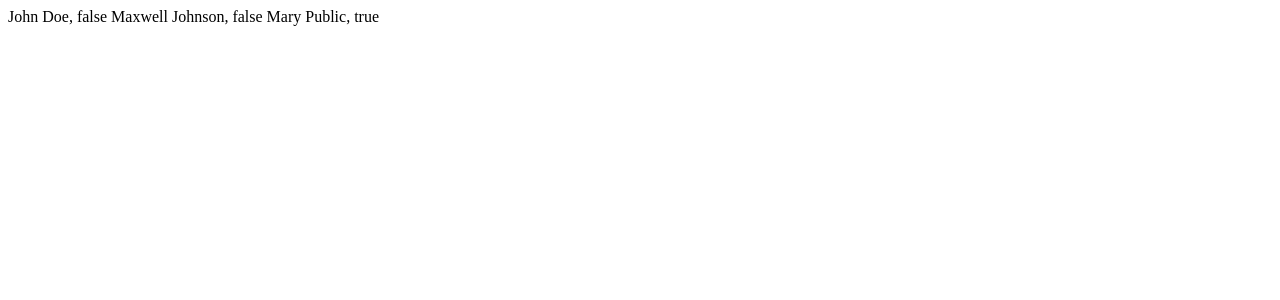
Repository: romuloabbiati/jsp-for-beginners
Page: http://localhost/tagdemo/foreach-student-test.jsp
The author's editor kept a copy of each file at every save. The page is drawn from the files as they stood at one save, then again after the next save.
The browser window is 1280 px wide. The pictures show the whole page.
The page is served by Tomcat 9.

Above is the page before, as saved 2023-02-21 08:25:58.

After the next save:
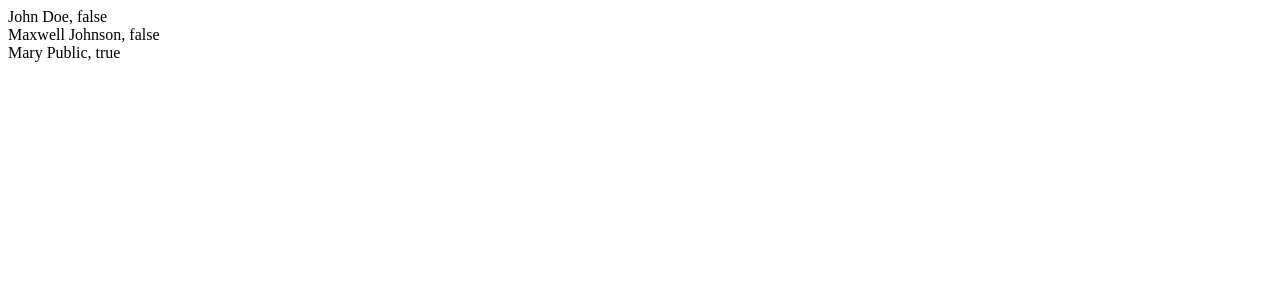
Saved 27 s later.
--- a/tagdemo/WebContent/foreach-student-test.jsp
+++ b/tagdemo/WebContent/foreach-student-test.jsp
@@ -18,7 +18,7 @@
 
 		<c:forEach var="tempStudent" items="${myStudents}">
 
-			${tempStudent.firstName} ${tempStudent.lastName}, ${tempStudent.goldCustomer}
+			${tempStudent.firstName} ${tempStudent.lastName}, ${tempStudent.goldCustomer} <br/>
 
 		</c:forEach>
 
